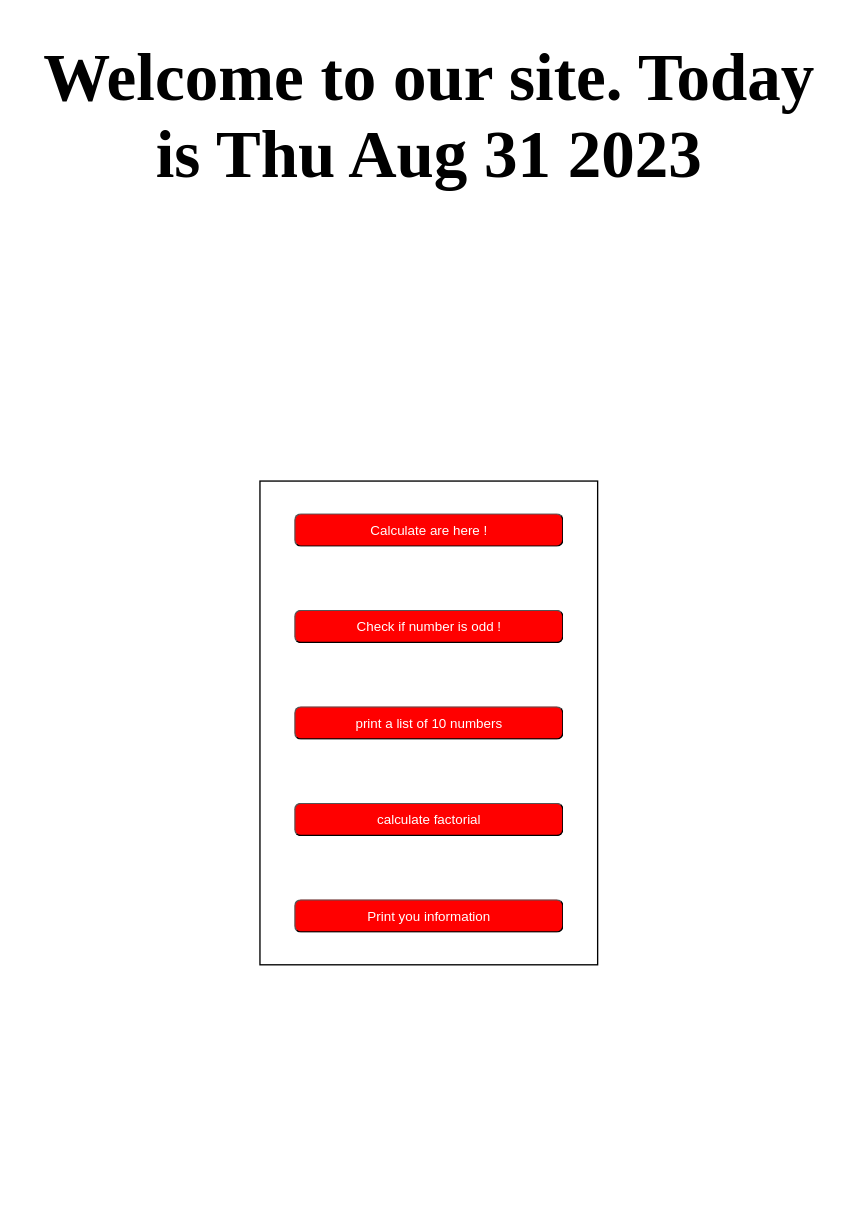
Repository: EMERIC237/codeFi-js
Page: week3/index.html
These files come from the project's save history. The page is drawn as it stood at one moment and after a run of saves; the edit follows.
The browser window is 1280 px wide. The pictures show the whole page, at 67% of full size.

Above is the page before, as saved 2023-08-31 20:22:33.

### week3/index.html
<!DOCTYPE html>
<html lang="en">
  <head>
    <meta charset="UTF-8" />
    <meta name="viewport" content="width=device-width, initial-scale=1.0" />
    <title>Document</title>
    <style>
      h1 {
        display: flex;
        text-align: center;
        font-size: 100px;
        margin: auto;
        padding: 50px;
      }
      button {
        width: 80%;
        height: 50px;
        background-color: red;
        color: white;
        font-size: 20px;
        border-radius: 10px;
        margin: auto;
      }
      .functions {
        display: flex;
        justify-content: center;
        flex-direction: column;
        align-items: center;
        text-align: center;
        min-height: 100vh;
        border: 2px solid black;
        margin: 30%;

      }
    </style>
  </head>
  <body>
    <h1 id="welcome"></h1>
    <div class="functions">
      <button id="area">Calculate are here !</button>
      <button id="isOdd">Check if number is odd !</button>
      <button id="listNumber">print a list of 10 numbers</button>
      <button id="factorial">calculate factorial</button>
      <button id="print" onclick="printInfos()">Print you information</button>
    </div>

    <script src="./main.js" defer ></script>
  </body>
</html>

### week3/main.js
/**-------------------------------- {WEEK 3} -----------------------------------------**/
// Exercise 1
const greet = (name) => console.log(`Hello ${name}!`);

// Exercise 2
const multiply = (a, b) => a * b;

// Exercise 3
const person = {
  name: "Emeric",
  age: 21,
  gender: "Male",
};

console.log("a new person: " + person);

// Exercise 4
const car = {
  make: "Toyota",
  model: "SUV",
  year: 2022,
};

console.log("a new car: " + car);

// Exercise 5
function reverseString(str) {
  let name = "";
  for (let index = str.length - 1; index >= 0; index--) {
    name += str[index];
  }
  return str.split("").reverse().join();
}

console.log("reverse String: " + reverseString("Hello"));

// Exercise 6
function calculateArea(radius) {
  return Math.PI * radius * radius;
}

console.log("Area circle: " + calculateArea(5));

// Exercise 7
// how run this when the page open
function welcome() {
  const formatDate = new Date().toDateString();

  // Get the element
  const element = document.getElementById("welcome");
  element.innerText = `Welcome to our site. Today is ${formatDate}`;
}
welcome();

//Exercise 8
const num = Number.parseInt(Math.random() * 10 + 1) ;
console.log("generated number: " + num);

// Exercise 10 --> see previous execise
// Exercise 10 --> see previous execise

// console.groupCollapsed("Date Methods");
// console.log("now():", Date.now());
// console.log("getDate():", new Date().getDate());
// console.log("toDateString():", new Date().toDateString());
// console.log("toISOString():", new Date().toISOString());
// console.log("getSeconds():", new Date().getSeconds());
// console.log("getMinutes():", new Date().getMinutes());
// console.log("getHours():", new Date().getHours());
// console.log("getDay():", new Date().getDay());
// console.log("getMonth():", new Date().getMonth());
// console.log("getYear():", new Date().getYear());
// console.groupEnd();

After the next 5 saves:
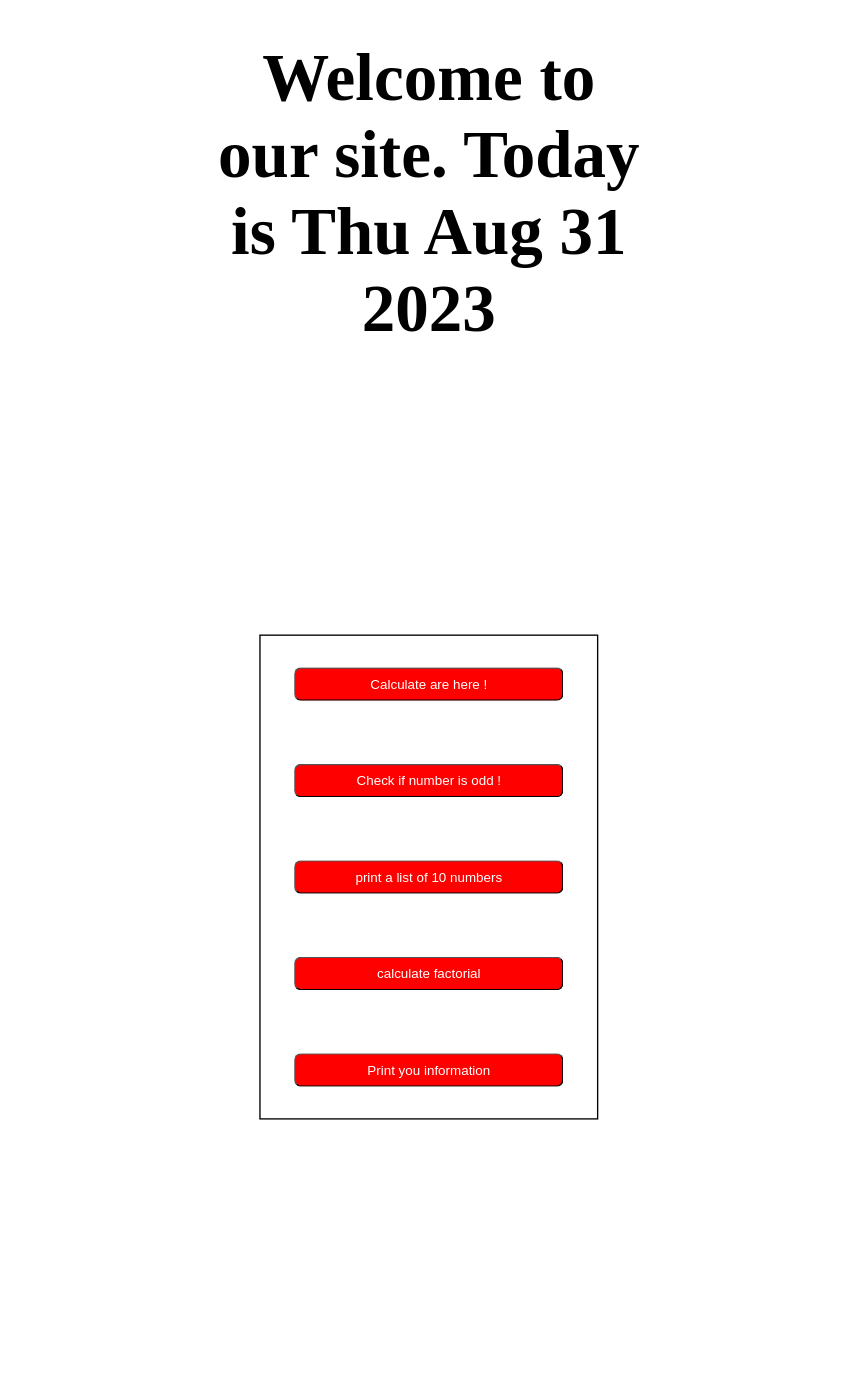
The 5 saves are shown as one change because they came seconds apart.
The last was saved 18 s later.
--- a/week3/index.html
+++ b/week3/index.html
@@ -11,6 +11,7 @@
         font-size: 100px;
         margin: auto;
         padding: 50px;
+        width: 50%;
       }
       button {
         width: 80%;
